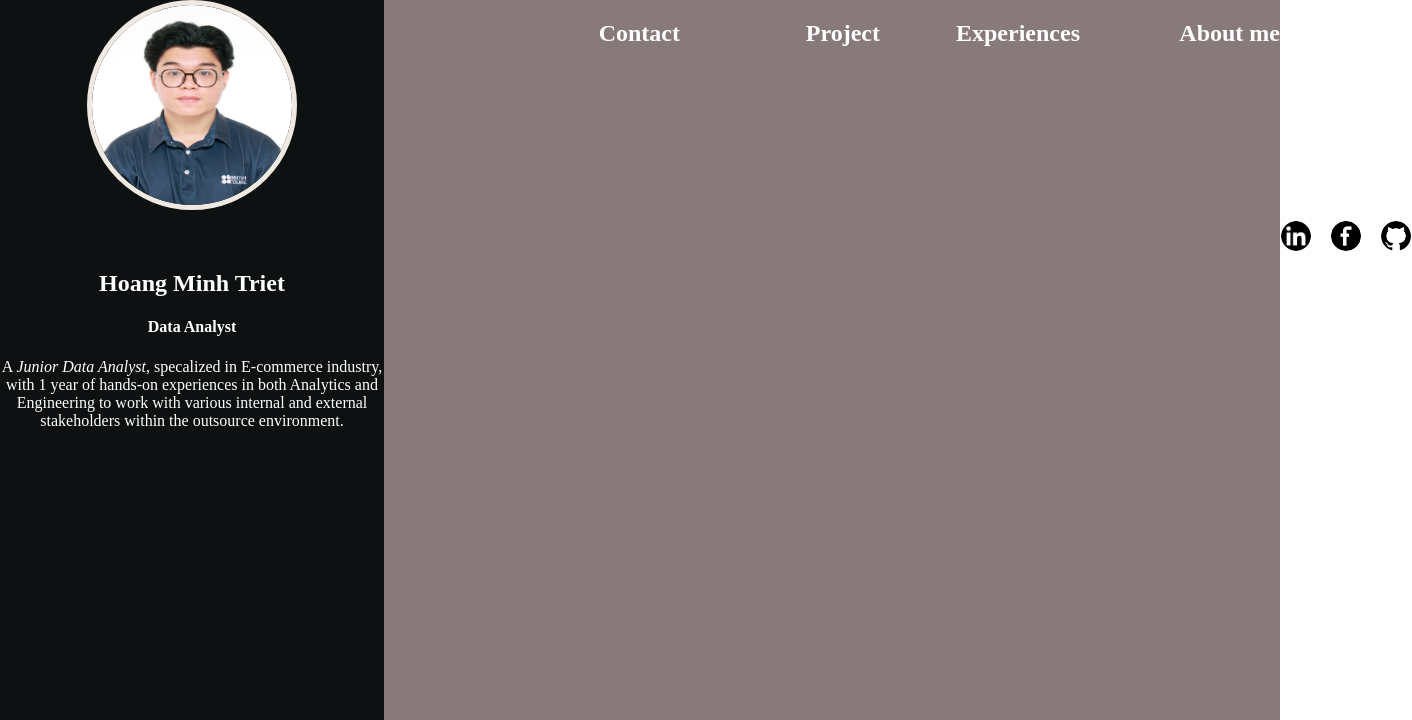
Repository: MinnTrit/personal_website
Page: http://localhost/
The author's editor kept a copy of each file at every save. The page is drawn from the files as they stood at one save, then again after the next save.
The browser window is 1280 px wide. The page is 1412 px wide, then 1280 px, so the pictures cover 1412 px, including what lies to the right of the window. The pictures show the whole page.
The page is served by the project's application, run on Flask 3 (app.py).

Above is the page before, as saved 2025-01-28 23:41:02.

After the next save:
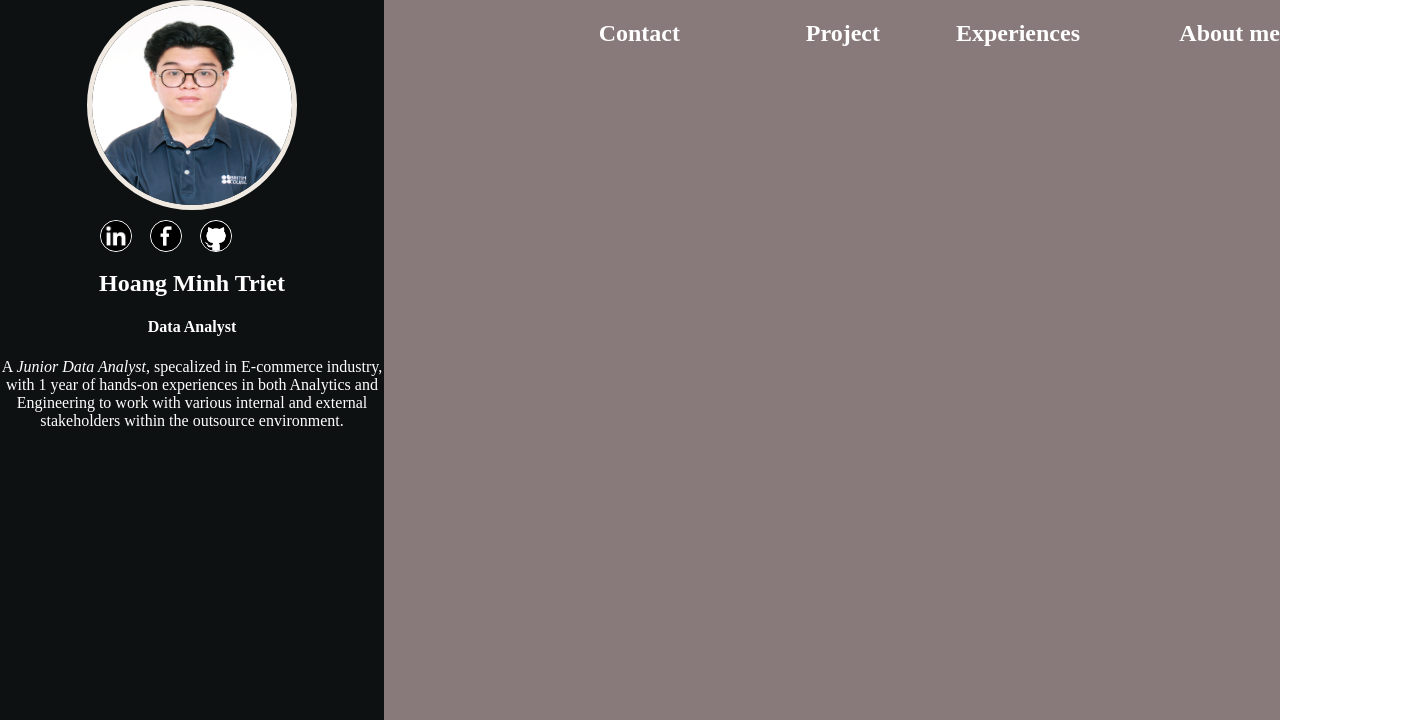
Saved 7 s later.
--- a/static/css/styles.css
+++ b/static/css/styles.css
@@ -59,7 +59,7 @@ html, body {
 .information {
     position: absolute;
     top: 0px;
-    right: 50px;
+    left: 50px;
 }
 
 .information .facebook {
